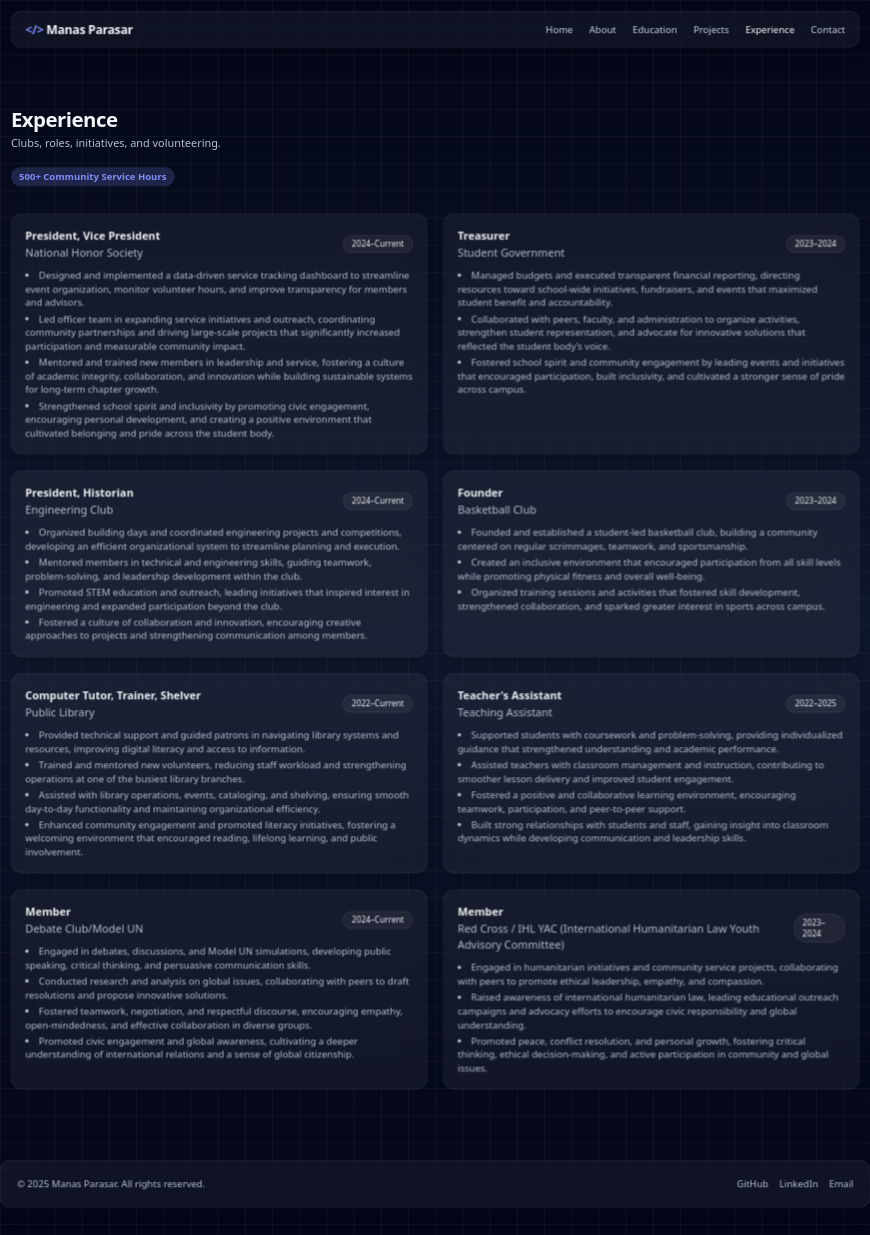
Repository: Manas-Parasar/portfolio-manas-parasar
Page: /experience
An editor plug-in stored every save of this project. The page is shown before and after the next save, followed by the edit.
The browser window is 1280 px wide. The pictures show the whole page, at 68% of full size.
The project was rebuilt for these pictures with package versions that can differ from the ones it lists, and the page was loaded fresh each time. Also part of the build but not shown: vite.config.js, src/components/Hero.jsx, src/components/ProjectCard.jsx, src/pages/Home.jsx, src/pages/About.jsx, src/pages/Projects.jsx, src/pages/Contact.jsx. Imported but missing from the stored project, and not drawn on this page: src/assets/Manas Parasar Resume.pdf.

Above is the page before, as saved 2025-08-23 00:20:31.

After the next save:
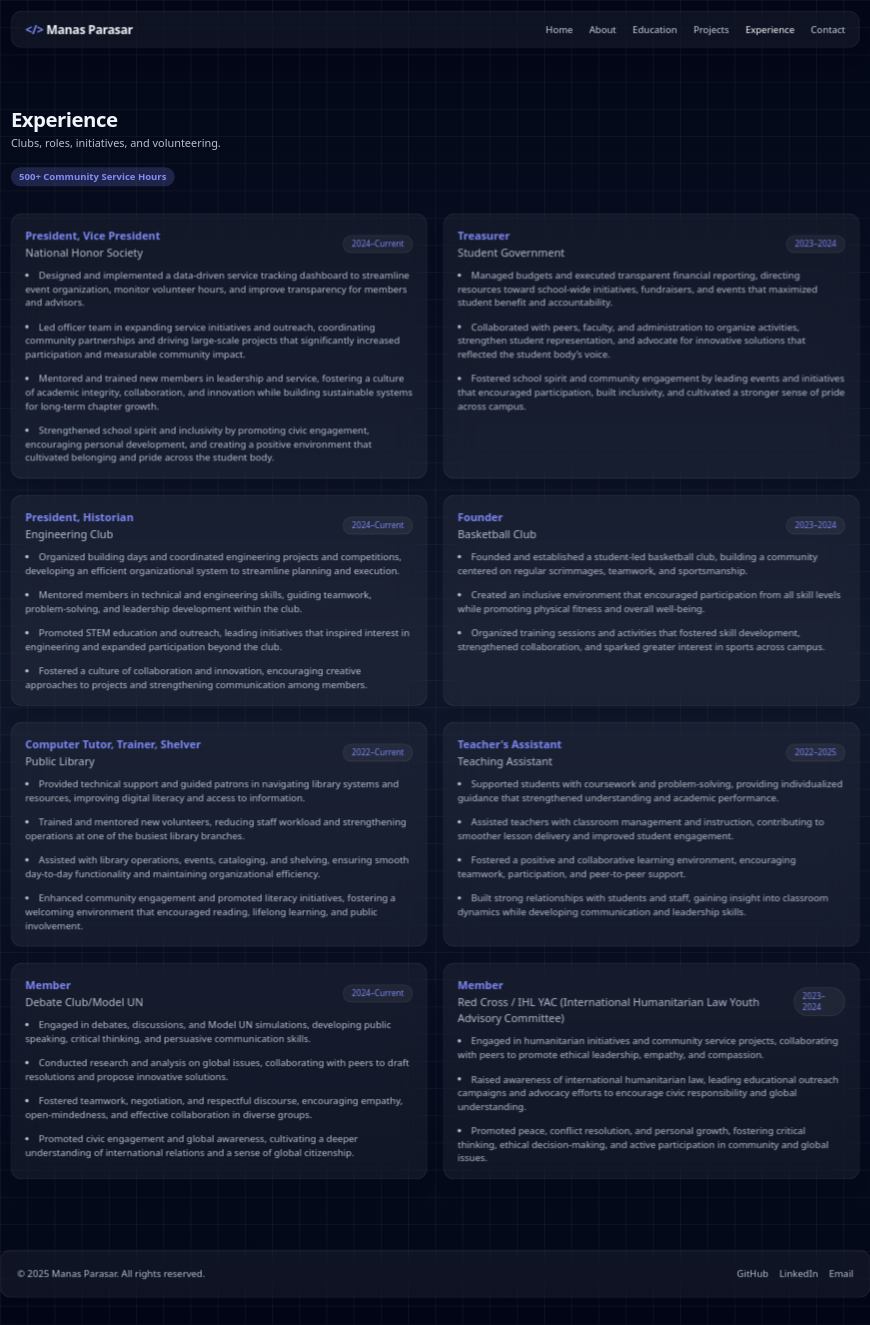
Saved 3 min 12 s later.
--- a/src/components/TimelineItem.jsx
+++ b/src/components/TimelineItem.jsx
@@ -1,17 +1,17 @@
 export function TimelineItem({ org, role, period, points = [] }) {
   return (
-    <div className="glass rounded-2xl p-5">
+    <div className="glass rounded-2xl p-5 hover:shadow-glow transition">
       <div className="flex flex-col md:flex-row md:items-center md:justify-between">
         <div>
-          <h3 className="font-semibold">{role}</h3>
+          <h3 className="font-semibold text-brand-400">{role}</h3>
           <p className="subtle">{org}</p>
         </div>
-        <span className="text-xs mt-2 md:mt-0 px-3 py-1 rounded-full bg-white/5 border border-white/10">
+        <span className="text-xs mt-2 md:mt-0 px-3 py-1 rounded-full bg-white/5 border border-white/10 text-brand-400">
           {period}
         </span>
       </div>
       {points?.length > 0 && (
-        <ul className="list-disc list-inside mt-3 text-sm subtle space-y-1">
+        <ul className="list-disc list-inside mt-3 text-sm subtle space-y-4">
           {points.map((p, i) => (
             <li key={i}>{p}</li>
           ))}
